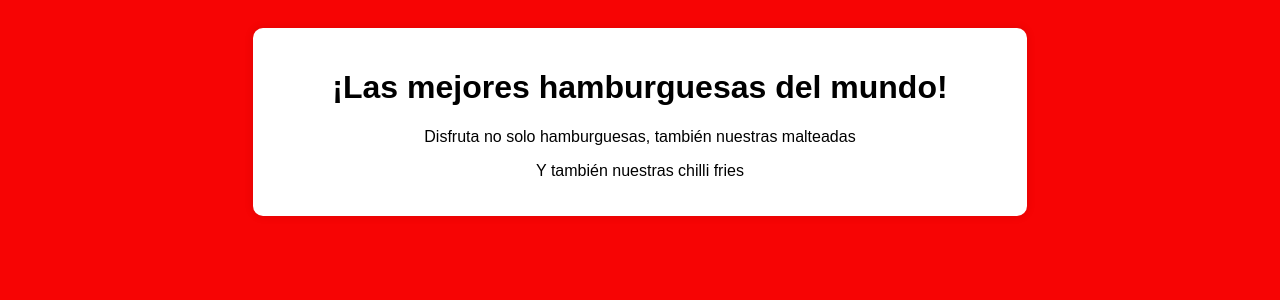
Repository: Andres250602/auth.django
Page: http://localhost/
These files come from the project's save history. The page is drawn as it stood at one moment and after the next save; the edit follows.
The browser window is 1280 px wide. The pictures show the whole page.
The page is served by the project's application, run on Django 5.2 (manage.py). Other server files are loaded and not shown.

Above is the page before, as saved 2024-04-05 12:07:41.

### myapp/views.py
from django.http import HttpResponse

def hello(request):
    """
    Retorna una respuesta HTTP con un mensaje centrado y estilizado que dice
    '¡Las mejores hamburguesas del mundo!', y algunos textos adicionales.
    """
    message = """
    <!DOCTYPE html>
    <html lang="es">
    <head>
        <meta charset="UTF-8">
        <meta name="viewport" content="width=device-width, initial-scale=1.0">
        <title>Afro Burger</title>
        <style>
            body {
                font-family: Arial, sans-serif;
                text-align: center;
                background-color: #F70404;
                padding: 20px;
            }
            .content {
                background-color: #fff;
                padding: 20px;
                border-radius: 10px;
                box-shadow: 0 0 10px rgba(0, 0, 0, 0.1);
                width: 60%;
                margin: 0 auto;
            }
        </style>
    </head>
    <body>
        <div class="content">
            <h1>¡Las mejores hamburguesas del mundo!</h1>
            <p>Disfruta no solo hamburguesas, también nuestras malteadas</p>
            <p>Y también nuestras chilli fries</p>
        </div>
    </body>
    </html>
    """
    return HttpResponse(message)

### mysite/urls.py
"""
URL configuration for mysite project.

The `urlpatterns` list routes URLs to views. For more information please see:
    https://docs.djangoproject.com/en/5.0/topics/http/urls/
Examples:
Function views
    1. Add an import:  from my_app import views
    2. Add a URL to urlpatterns:  path('', views.home, name='home')
Class-based views
    1. Add an import:  from other_app.views import Home
    2. Add a URL to urlpatterns:  path('', Home.as_view(), name='home')
Including another URLconf
    1. Import the include() function: from django.urls import include, path
    2. Add a URL to urlpatterns:  path('blog/', include('blog.urls'))
"""
from django.contrib import admin
from django.urls import path
from myapp.views import hello
urlpatterns = [
    path('admin/', admin.site.urls),
    path ('', hello)
]

After the next save:
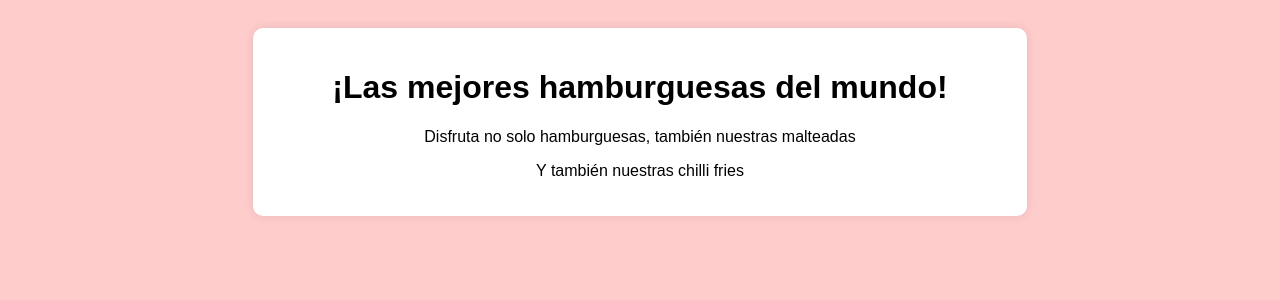
Saved 10 s later.
--- a/myapp/views.py
+++ b/myapp/views.py
@@ -16,7 +16,7 @@ def hello(request):
             body {
                 font-family: Arial, sans-serif;
                 text-align: center;
-                background-color: #F70404;
+                background-color: #ffcccc;
                 padding: 20px;
             }
             .content {
